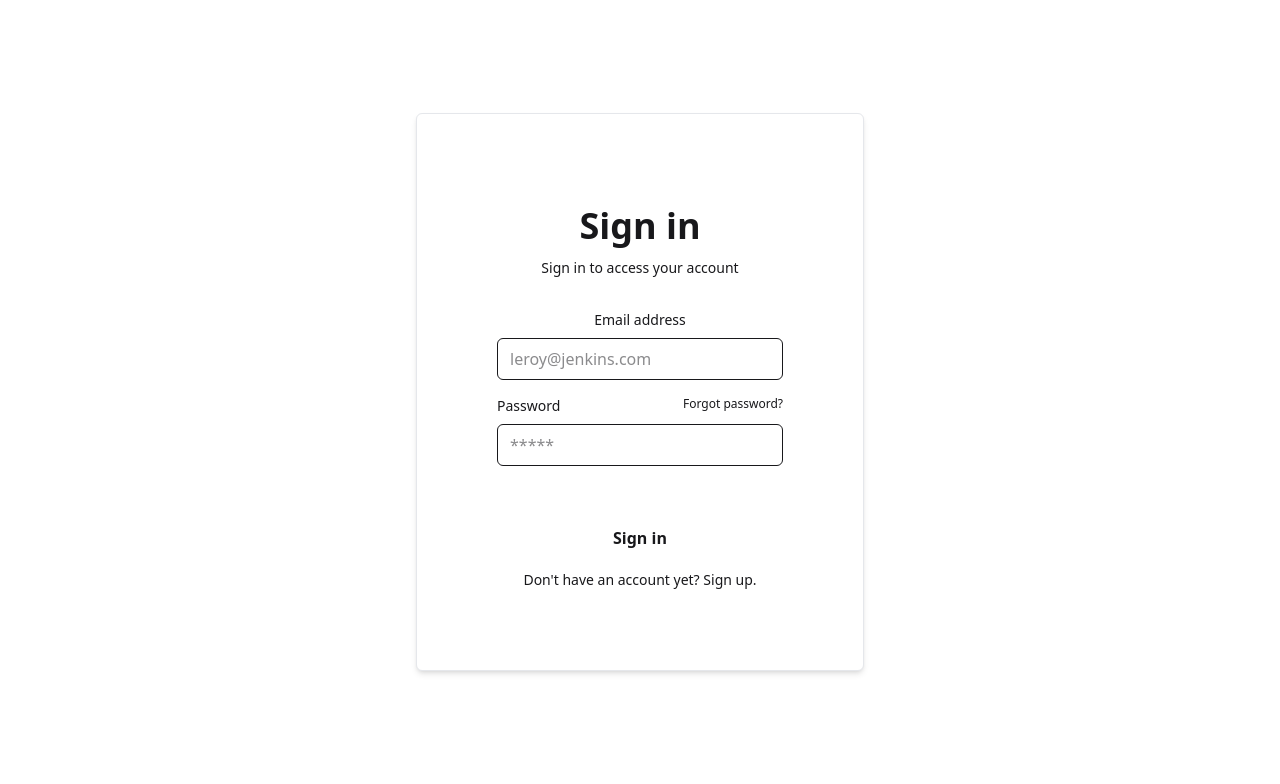
Repository: syedbayzid82849/DevForum_client_site
Page: /register
The author's editor kept a copy of each file at every save. The page is drawn from the files as they stood at one save, then again after the next save.
The browser window is 1280 px wide. The pictures show the whole page.
The project was rebuilt for these pictures with package versions that can differ from the ones it lists, and the page was loaded fresh each time. Also part of the build but not shown: vite.config.js, src/App.jsx, src/components/Navbar/JoinUsModal.jsx, src/components/Navbar/Navbar.jsx, src/layouts/MainLayout/MainLayout.jsx, src/pages/Authentication/Login.jsx, src/pages/Home/HeroSection.jsx, src/pages/Home/Home.jsx.

Above is the page before, as saved 2025-07-08 22:32:32.

### src/main.jsx
import { StrictMode } from 'react'
import { createRoot } from 'react-dom/client'
import './index.css'
import App from './App.jsx'
import { RouterProvider } from 'react-router'
import router from './Routers/router.jsx'
import AuthProvider from './context/AuthProvider.jsx'

createRoot(document.getElementById('root')).render(
  <StrictMode>
    <AuthProvider>
      <RouterProvider router={router} />
    </AuthProvider>
  </StrictMode>,
)

### src/Routers/router.jsx
import React from 'react';
import { createBrowserRouter } from 'react-router';
import MainLayout from '../layouts/MainLayout/MainLayout';
import Login from '../pages/Authentication/Login';
import Home from '../pages/Home/Home';
import AuthLayout from '../pages/Authentication/AuthLayout';
import Register from '../pages/Authentication/Register';

const router = createBrowserRouter([
    {
        path: "/",
        element: <MainLayout></MainLayout>,
        children: [
            {
                index: true,
                element: <Home />,
            },
        ],
    },
    {
        path: "/",
        element: <AuthLayout />,
        children: [
            {
                path: "/login",
                element: <Login />,
            },
            {
                path: "/register",
                element: <Register />,
            },
        ],
    },
]);

export default router;

### src/context/AuthProvider.jsx
import React, { useEffect, useState } from 'react';
import { createUserWithEmailAndPassword, GithubAuthProvider, GoogleAuthProvider, onAuthStateChanged, signInWithEmailAndPassword, signInWithPopup, signOut, updateProfile } from "firebase/auth";
import { AuthContext } from '../context/AuthContext';
import { auth } from '../firebase/firebase.init';


const AuthProvider = ({ children }) => {
    const provider = new GoogleAuthProvider();
    // loading
    const [loading, setLoading] = useState(true);
    // user chack
    const [user, setUser] = useState(null);
    console.log(user);

    // create user with name, email, password, photoURL
    const createUserWithEP = (email, password) => {
        setLoading(true);
        return createUserWithEmailAndPassword(auth, email, password)
    }

    // log in user with email and password
    const loginUserWithEP = (email, password) => {
        setLoading(true);
        return signInWithEmailAndPassword(auth, email, password)
    }

    // sign in with google
    const userWithGoogle = () => {
        setLoading(true);
        return signInWithPopup(auth, provider)
    }


    // update user profile (new function)
    const updateUserProfile = (name, photo) => {
        setLoading(true);
        return updateProfile(auth.currentUser, {
            displayName: name,
            photoURL: photo
        });
    }

    // sign out user
    const signOutUser = () => {
        setLoading(true);
        return signOut(auth);
    }

    // // get all courses from the server
    // const getAllCourses = () => {
    //     setLoading(true);
    //     return axios.get('https://academix-hub-server.vercel.app/all-course')
    //         .then(response => {
    //             setLoading(false);
    //             return response.data;
    //         })
    //         .catch(error => {
    //             console.error("Error fetching courses:", error);
    //             throw error;
    //         });
    // }

    // user check
    useEffect(() => {
        const unsubscribe = onAuthStateChanged(auth, (currentUser) => {
            setUser(currentUser);
            setLoading(false);
        });
        return () => unsubscribe();
    }, []);



    const authInformation = {
        user,
        setUser,
        loading,
        setLoading,
        createUserWithEP,
        loginUserWithEP,
        userWithGoogle,
        updateUserProfile,
        signOutUser,
    };
    return (
        <AuthContext.Provider value={authInformation}>
            {children}
        </AuthContext.Provider>
    );
};

export default AuthProvider;

### src/pages/Authentication/AuthLayout.jsx
import React from 'react';
import { Outlet } from 'react-router';

const AuthLayout = () => {
    return (
        <div className="min-h-screen flex items-center justify-center  dark:bg-gray-900">
            <div className="w-full max-w-md p-6 rounded-md sm:p-10 border border-gray-200 bg-white dark:bg-gray-800 dark:text-gray-100 shadow-md">
                <Outlet />
            </div>
        </div>
    );
};

export default AuthLayout;

### src/pages/Authentication/Register.jsx
import React from 'react';
import { useForm } from 'react-hook-form';

const Register = () => {
    const { register, handleSubmit, formState: { errors } } = useForm();

    const onSubmit = (data) => {
        console.log("Form Data:", data);
        // এখানে data.email এবং data.password পাবে
    };

    return (
        <div className="flex flex-col max-w-md p-6 rounded-md sm:p-10 ">
            <div className="mb-8 text-center">
                <h1 className="my-3 text-4xl font-bold">Sign in</h1>
                <p className="text-sm dark:text-gray-600">Sign in to access your account</p>
            </div>
            <form onSubmit={handleSubmit(onSubmit)} className="space-y-12">
                <div className="space-y-4">
                    <div>
                        <label htmlFor="email" className="block mb-2 text-sm">Email address</label>
                        <input
                            type="email"
                            id="email"
                            placeholder="leroy@jenkins.com"
                            className="w-full px-3 py-2 border rounded-md dark:border-gray-300 dark:bg-gray-50 dark:text-gray-800"
                            {...register("email", { required: "Email is required" })}
                        />
                        {errors.email && <p className="text-red-500 text-sm">{errors.email.message}</p>}
                    </div>
                    <div>
                        <div className="flex justify-between mb-2">
                            <label htmlFor="password" className="text-sm">Password</label>
                            <a href="#" className="text-xs hover:underline dark:text-gray-600">Forgot password?</a>
                        </div>
                        <input
                            type="password"
                            id="password"
                            placeholder="*****"
                            className="w-full px-3 py-2 border rounded-md dark:border-gray-300 dark:bg-gray-50 dark:text-gray-800"
                            {...register("password", { required: "Password is required" })}
                        />
                        {errors.password && <p className="text-red-500 text-sm">{errors.password.message}</p>}
                    </div>
                </div>
                <div className="space-y-2">
                    <div>
                        <button type="submit" className="w-full px-8 py-3 font-semibold rounded-md dark:bg-default-600 dark:text-gray-50">
                            Sign in
                        </button>
                    </div>
                    <p className="px-6 text-sm text-center dark:text-gray-600">Don't have an account yet?
                        <a href="#" className="hover:underline dark:text-default-600"> Sign up</a>.
                    </p>
                </div>
            </form>
        </div>
    );
};

export default Register;

### src/firebase/firebase.init.js
// Import the functions you need from the SDKs you need
import { initializeApp } from "firebase/app";
import { getAuth } from "firebase/auth";

// TODO: Add SDKs for Firebase products that you want to use
// https://firebase.google.com/docs/web/setup#available-libraries

// Your web app's Firebase configuration
const firebaseConfig = {
    apiKey: import.meta.env.VITE_apiKey, // Use VITE_ prefix for environment variables in Vite
    authDomain: import.meta.env.VITE_authDomain, // Use VITE_ prefix for environment variables in Vite
    projectId: import.meta.env.VITE_projectId, // Use VITE_ prefix for environment variables in Vite
    storageBucket: import.meta.env.VITE_storageBucket, // Use VITE_ prefix for environment variables in Vite
    messagingSenderId: import.meta.env.VITE_messagingSenderId, // Use VITE_ prefix for environment variables in Vite
    appId: import.meta.env.VITE_appId // Use VITE_ prefix for environment variables in Vite
};

// Initialize Firebase
const app = initializeApp(firebaseConfig);


// Initialize Firebase Authentication and get a reference to the service
export const auth = getAuth(app);

Loaded but not shown: index.html (common file); src/index.css (common file); src/App.css (common file); src/context/AuthContext.jsx (common file)

After the next save:
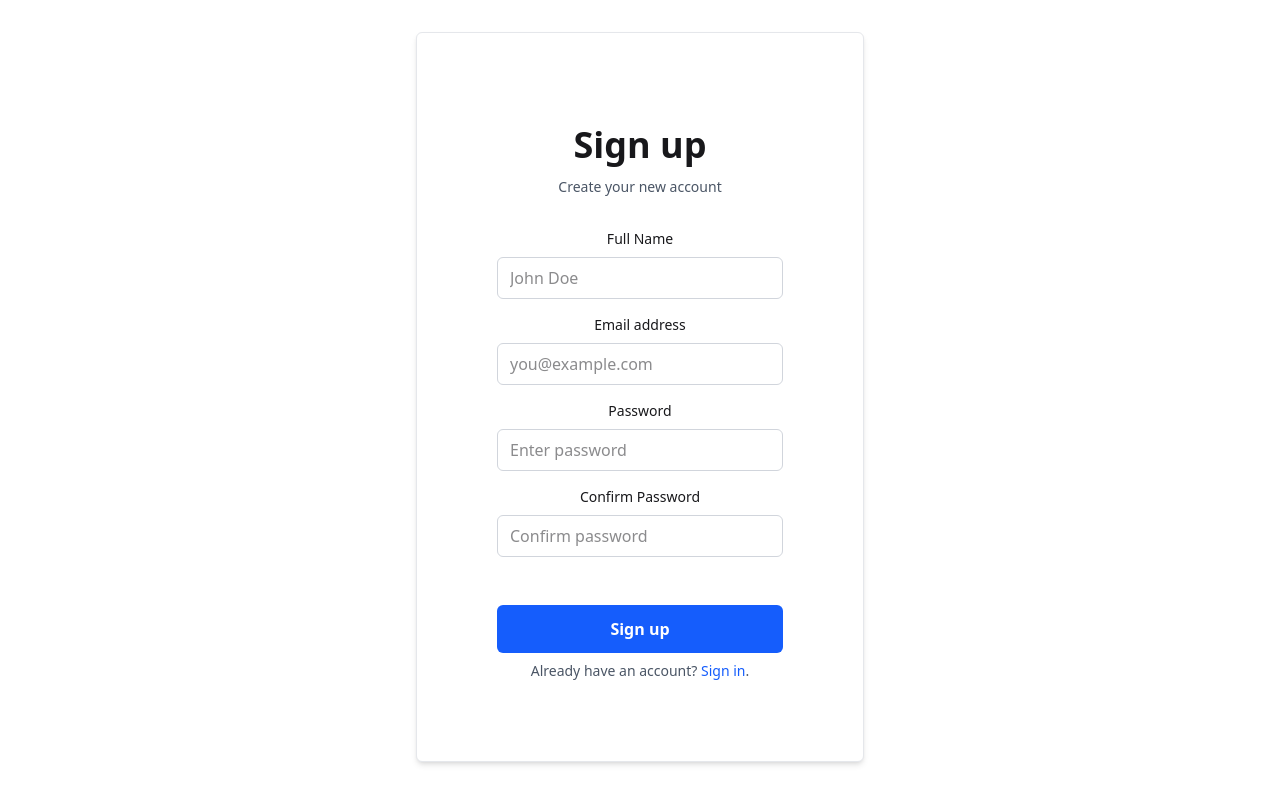
Saved 3 min 25 s later.
--- a/src/pages/Authentication/Register.jsx
+++ b/src/pages/Authentication/Register.jsx
@@ -2,55 +2,95 @@ import React from 'react';
 import { useForm } from 'react-hook-form';
 
 const Register = () => {
-    const { register, handleSubmit, formState: { errors } } = useForm();
+    const { register, handleSubmit, watch, formState: { errors } } = useForm();
+    const password = watch("password");
 
     const onSubmit = (data) => {
-        console.log("Form Data:", data);
-        // এখানে data.email এবং data.password পাবে
+        console.log("Registration Data:", data);
+        // data.name, data.email, data.password এখানে পাবে
     };
 
     return (
-        <div className="flex flex-col max-w-md p-6 rounded-md sm:p-10 ">
+        <div className="flex flex-col max-w-md p-6 rounded-md sm:p-10">
             <div className="mb-8 text-center">
-                <h1 className="my-3 text-4xl font-bold">Sign in</h1>
-                <p className="text-sm dark:text-gray-600">Sign in to access your account</p>
+                <h1 className="my-3 text-4xl font-bold">Sign up</h1>
+                <p className="text-sm text-gray-600">Create your new account</p>
             </div>
             <form onSubmit={handleSubmit(onSubmit)} className="space-y-12">
                 <div className="space-y-4">
+                    {/* Name */}
+                    <div>
+                        <label htmlFor="name" className="block mb-2 text-sm">Full Name</label>
+                        <input
+                            type="text"
+                            id="name"
+                            placeholder="John Doe"
+                            className="w-full px-3 py-2 border rounded-md border-gray-300 dark:bg-gray-50 dark:text-gray-800"
+                            {...register("name", { required: "Name is required" })}
+                        />
+                        {errors.name && <p className="text-red-500 text-sm">{errors.name.message}</p>}
+                    </div>
+
+                    {/* Email */}
                     <div>
                         <label htmlFor="email" className="block mb-2 text-sm">Email address</label>
                         <input
                             type="email"
                             id="email"
-                            placeholder="leroy@jenkins.com"
-                            className="w-full px-3 py-2 border rounded-md dark:border-gray-300 dark:bg-gray-50 dark:text-gray-800"
+                            placeholder="you@example.com"
+                            className="w-full px-3 py-2 border rounded-md border-gray-300 dark:bg-gray-50 dark:text-gray-800"
                             {...register("email", { required: "Email is required" })}
                         />
                         {errors.email && <p className="text-red-500 text-sm">{errors.email.message}</p>}
                     </div>
+
+                    {/* Password */}
                     <div>
-                        <div className="flex justify-between mb-2">
-                            <label htmlFor="password" className="text-sm">Password</label>
-                            <a href="#" className="text-xs hover:underline dark:text-gray-600">Forgot password?</a>
-                        </div>
+                        <label htmlFor="password" className="block mb-2 text-sm">Password</label>
                         <input
                             type="password"
                             id="password"
-                            placeholder="*****"
-                            className="w-full px-3 py-2 border rounded-md dark:border-gray-300 dark:bg-gray-50 dark:text-gray-800"
-                            {...register("password", { required: "Password is required" })}
+                            placeholder="Enter password"
+                            className="w-full px-3 py-2 border rounded-md border-gray-300 dark:bg-gray-50 dark:text-gray-800"
+                            {...register("password", {
+                                required: "Password is required",
+                                minLength: {
+                                    value: 6,
+                                    message: "Password must be at least 6 characters"
+                                }
+                            })}
                         />
                         {errors.password && <p className="text-red-500 text-sm">{errors.password.message}</p>}
                     </div>
+
+                    {/* Confirm Password */}
+                    <div>
+                        <label htmlFor="confirmPassword" className="block mb-2 text-sm">Confirm Password</label>
+                        <input
+                            type="password"
+                            id="confirmPassword"
+                            placeholder="Confirm password"
+                            className="w-full px-3 py-2 border rounded-md border-gray-300 dark:bg-gray-50 dark:text-gray-800"
+                            {...register("confirmPassword", {
+                                required: "Please confirm your password",
+                                validate: (value) =>
+                                    value === password || "Passwords do not match"
+                            })}
+                        />
+                        {errors.confirmPassword && <p className="text-red-500 text-sm">{errors.confirmPassword.message}</p>}
+                    </div>
                 </div>
+
+                {/* Submit Button */}
                 <div className="space-y-2">
                     <div>
-                        <button type="submit" className="w-full px-8 py-3 font-semibold rounded-md dark:bg-default-600 dark:text-gray-50">
-                            Sign in
+                        <button type="submit" className="w-full px-8 py-3 font-semibold rounded-md bg-blue-600 text-white">
+                            Sign up
                         </button>
                     </div>
-                    <p className="px-6 text-sm text-center dark:text-gray-600">Don't have an account yet?
-                        <a href="#" className="hover:underline dark:text-default-600"> Sign up</a>.
+                    <p className="px-6 text-sm text-center text-gray-600">
+                        Already have an account?
+                        <a href="#" className="hover:underline text-blue-600"> Sign in</a>.
                     </p>
                 </div>
             </form>
